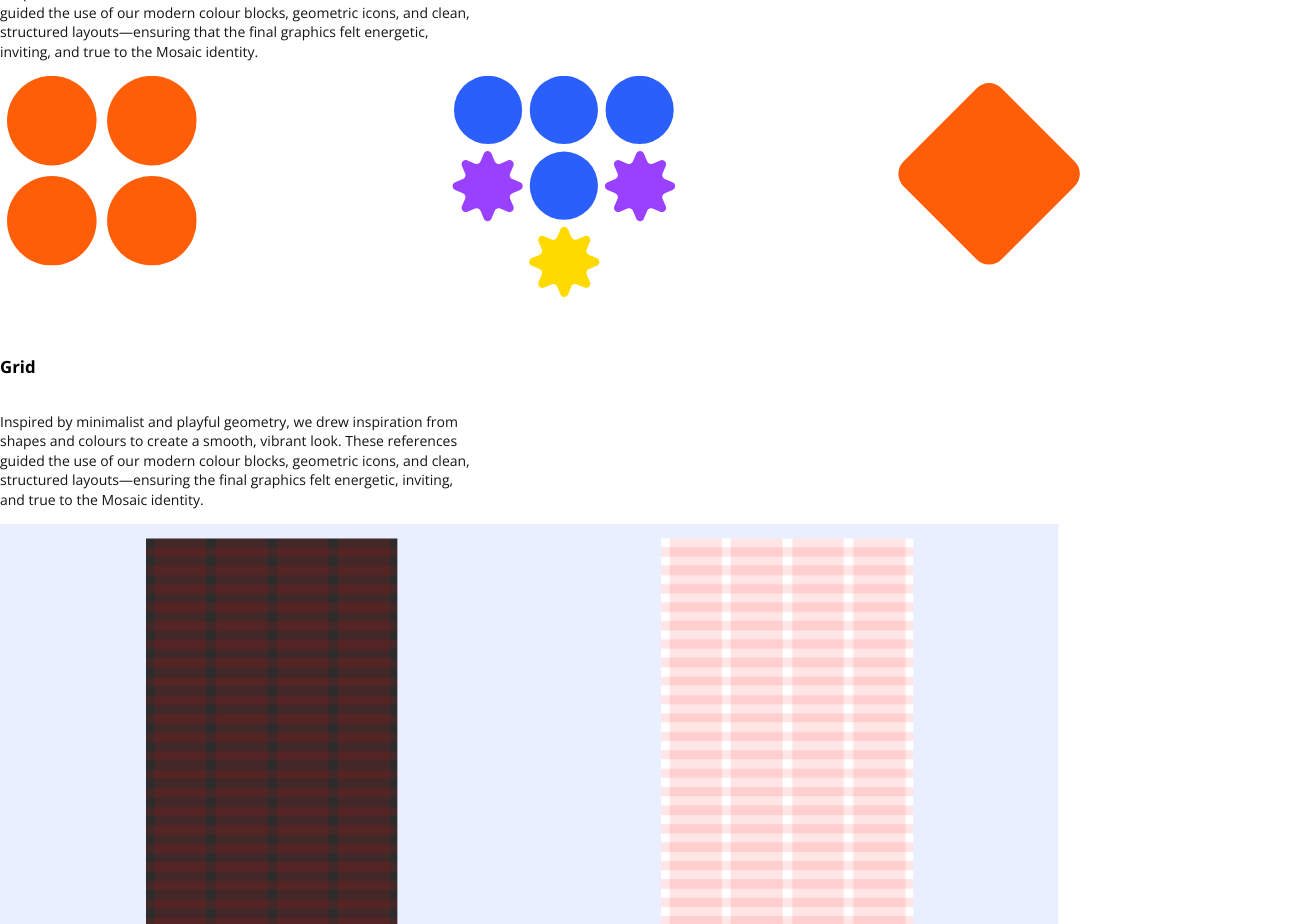
Repository: brunaguarizo/MDIA2109_Mosaic
Page: graphics.html
These files come from the project's save history. The page is drawn as it stood at one moment and after the next save; the edit follows.
The browser window is 1280 px wide. The page is 1861 px wide, so the pictures cover 1861 px, including what lies to the right of the window. The pictures show the part of the page from y = 1065 to 2385 px (the page is 2976 px tall), at 70% of full size.
Some web fonts or font styles are not loaded; a fallback is used.

Above is the page before, as saved 2025-04-07 19:43:58.

After the next save:
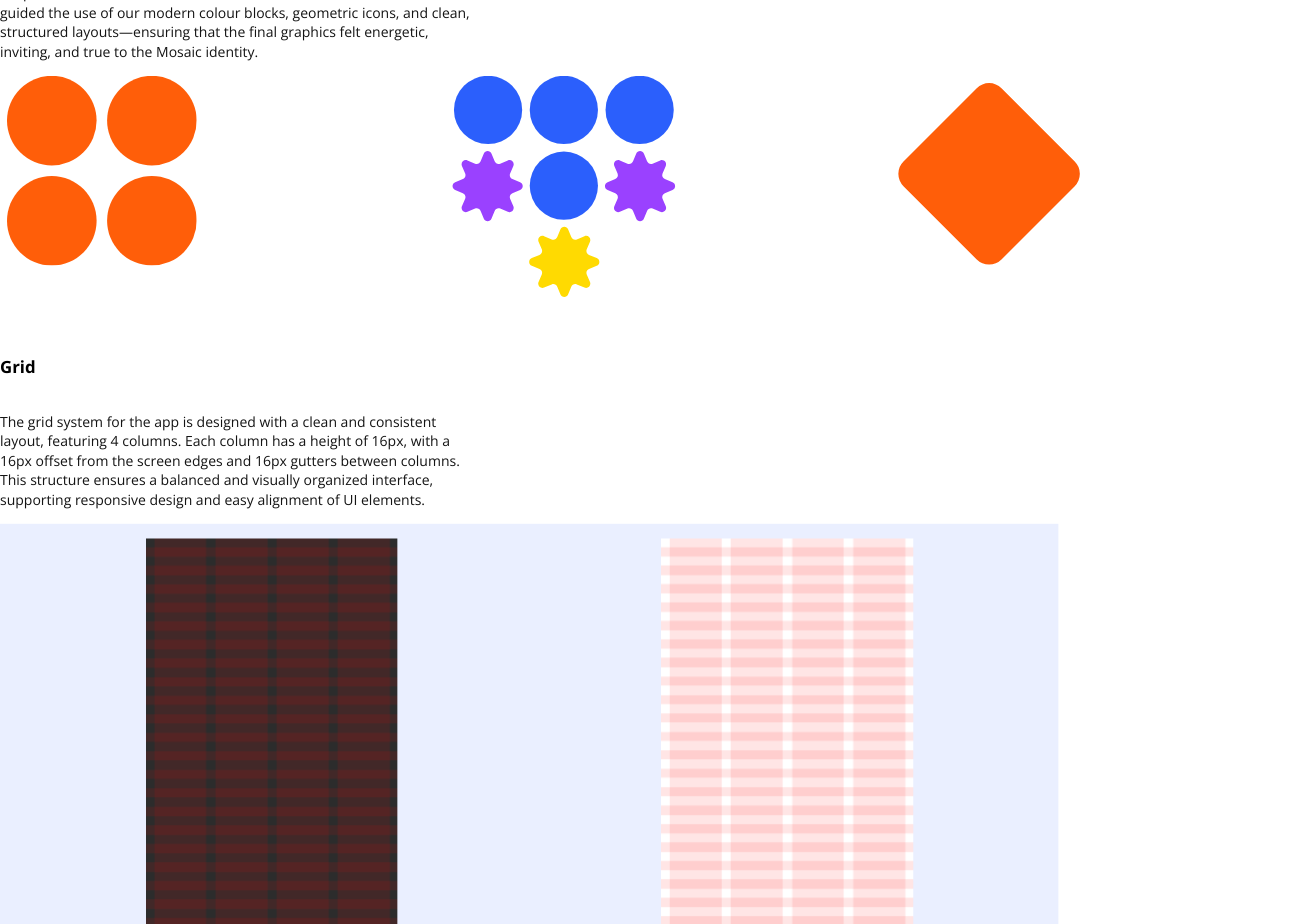
Saved 2 min 26 s later.
--- a/graphics.html
+++ b/graphics.html
@@ -67,7 +67,7 @@
             </div>
             <div class="content-block__Grids">
                 <h2 class="content-block-Grids_Header">Grid</h2>
-                 <p class="text body-text">Inspired by minimalist and playful geometry, we drew inspiration from shapes and colours to create a smooth, vibrant look. These references guided the use of our modern colour blocks, geometric icons, and clean, structured layouts—ensuring the final graphics felt energetic, inviting, and true to the Mosaic identity.</p>
+                 <p class="text body-text">The grid system for the app is designed with a clean and consistent layout, featuring 4 columns. Each column has a height of 16px, with a 16px offset from the screen edges and 16px gutters between columns. This structure ensures a balanced and visually organized interface, supporting responsive design and easy alignment of UI elements.</p>
             </div>
             <div class="Grid_Representation">
                 <div class="grid-image">
